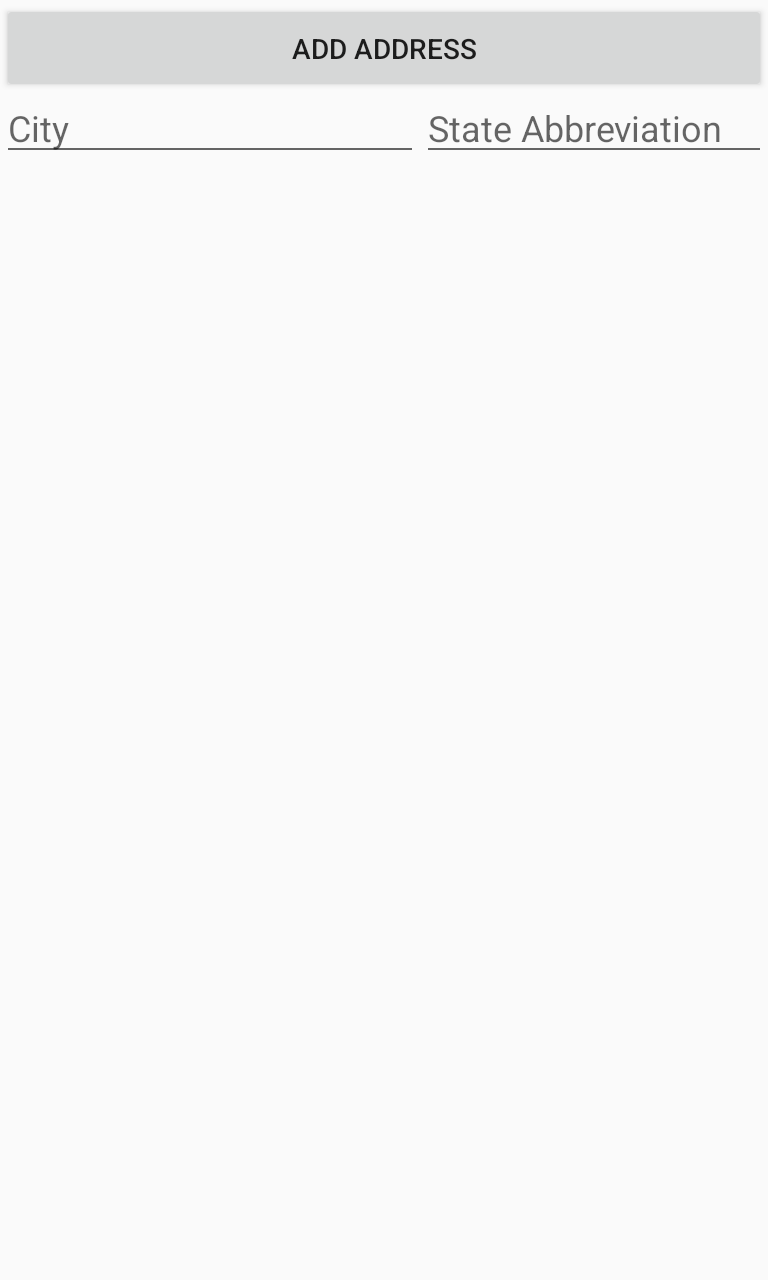
Repository: bhazenstab16/addressbookBMH
Layout: AddressBook/res/layout/activity_main.xml
An editor plug-in stored every save of this project. The layout is shown before and after the next save, followed by the edit.
It is drawn on a 768 x 1280 px phone screen (xhdpi) without system bars, with theme AppTheme; the app's code is not run.

Above is the layout before, as saved 2019-10-17 15:39:38.

After the next save:
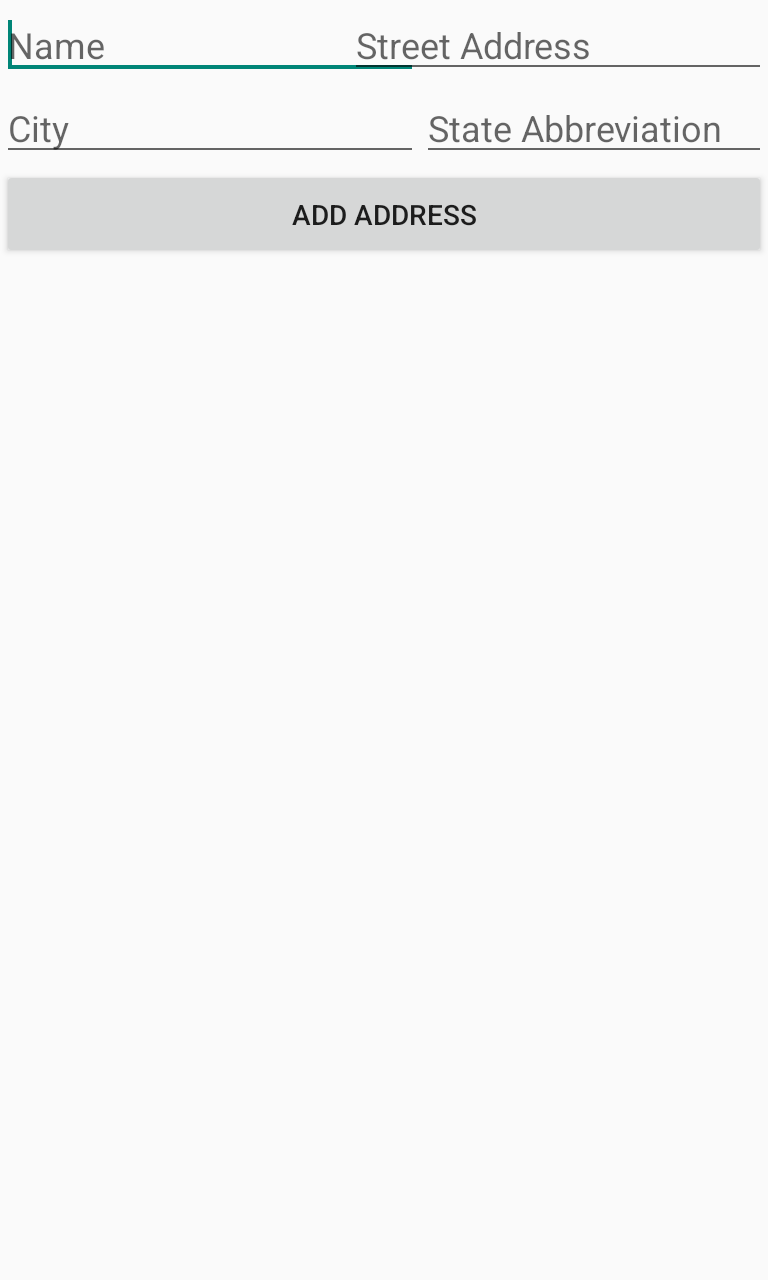
Saved 9 s later.
--- a/AddressBook/res/layout/activity_main.xml
+++ b/AddressBook/res/layout/activity_main.xml
@@ -65,7 +65,6 @@
         android:layout_height="wrap_content"
         android:layout_alignParentLeft="true"
         android:layout_alignParentRight="true"
-        android:layout_alignParentTop="true"
         android:layout_below="@+id/editTextCity"
         android:text="@string/stringAddRecord" />
 
